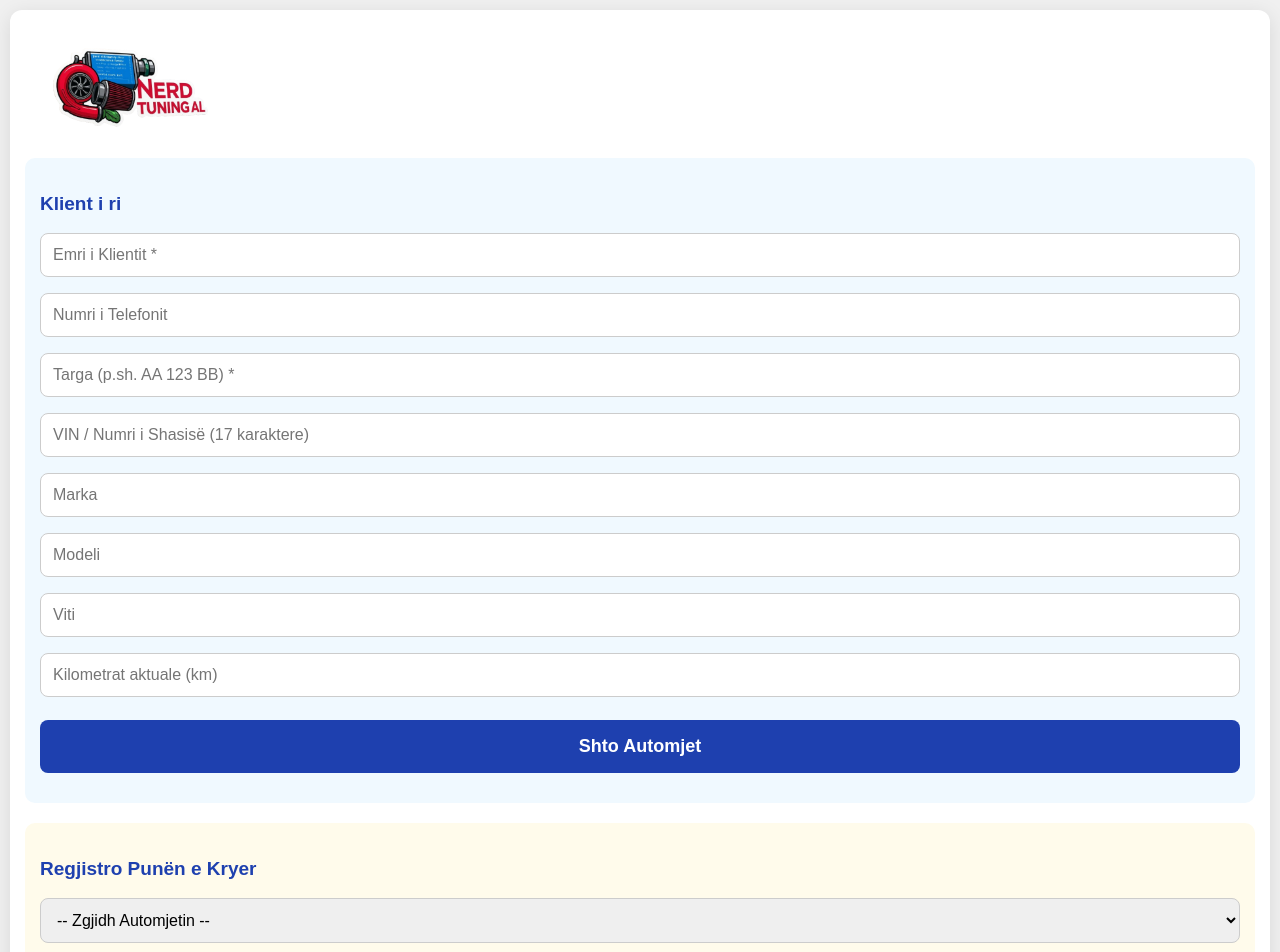
Repository: tjola/nerd_tuning_al
Page: index.html
The author's editor kept a copy of each file at every save. The page is drawn from the files as they stood at one save, then again after the next save.
The browser window is 1280 px wide. The pictures show the part of the page from y = 0 to 952 px (the page is 2203 px tall).
A picture or video elsewhere on the page could not be fetched, so the positions and the page height are approximate.

Above is the page before, as saved 2025-12-01 14:45:10.

### index.html
<html lang="sq">
<head>
<meta charset="UTF-8">
<meta name="viewport" content="width=device-width, initial-scale=1.0">
<link rel="stylesheet" href="index.css">
<script src="index.js"></script>
<title>Nerd tuning AL</title>
</head>
<body>
<div class="container">
   <img src="/img/nerd_logo-removebg-preview.png" style="width: 200px;align-items: center;">

  <!-- Shto Automjet -->
  <div style="background:#f0f9ff; padding:15px; border-radius:10px; margin-bottom:20px;">
    <h2>Klient i ri</h2>
    <input type="text" id="clientName" placeholder="Emri i Klientit *" required>
    <input type="text" id="clientPhone" placeholder="Numri i Telefonit">
    <input type="text" id="carPlate" placeholder="Targa (p.sh. AA 123 BB) *" required>
    <input type="text" id="carVin" placeholder="VIN / Numri i Shasisë (17 karaktere)">
    <input type="text" id="carMake" placeholder="Marka">
    <input type="text" id="carModel" placeholder="Modeli">
    <input type="number" id="carYear" placeholder="Viti">
    <input type="number" id="carKm" placeholder="Kilometrat aktuale (km)">
    <button onclick="addCar()">Shto Automjet</button>
  </div>

  <!-- Regjistro Punë -->
  <div style="background:#fffbeb; padding:15px; border-radius:10px; margin-bottom:20px;">
    <h2>Regjistro Punën e Kryer</h2>
    <select id="workCarSelect"><option>-- Zgjidh Automjetin --</option></select>
    <textarea id="workDescription" placeholder="Çfarë u bë? (ndërrim vaji, frena, goma...)" rows="3"></textarea>
    <input type="number" id="workCost" placeholder="Çmimi në lekë" step="0.01">
    <input type="number" id="workKm" placeholder="Kilometrat tani (opsionale)">
    <input type="date" id="workDate">
    <button onclick="addWork()">Ruaj Punën</button>
  </div>

  <!-- Lista -->
  <div style="background:#f6ffed; padding:15px; border-radius:10px; margin-bottom:20px;">
    <h2>Të Gjithë Automjetet</h2>
    <div id="records">Nuk ka automjete ende...</div>
  </div>

  <!-- IMPORT / EXPORT -->
  <div style="text-align:center; padding:20px; background:#1e293b; color:white; border-radius:10px; margin:20px 0;">
    <h2 style="color:#fbbf24;">Import & Export të Dhënash</h2>
    <button class="btn-green" onclick="exportData()">EXPORT (Shkarko të gjitha të dhënat)</button>
    <button class="btn-red" onclick="document.getElementById('importFile').click()">
      IMPORT (Ngarko nga skedar)
    </button>
    <input type="file" id="importFile" style="display:none" accept=".txt,.json" onchange="importData(event)">
    <p style="margin:10px 0 0; font-size:14px;">
      Skedari ruhet si <strong>garazh-backup-dd-mm-yyyy.txt</strong>
    </p>
  </div>
</div>

<div class="footer">
  Garazh Auto © 2025 | Version për Celular | VIN + KM + Import/Export
</div>

<div align=center><a href='https://www.counter12.com'><img src='https://www.counter12.com/img-9ZdC2yDa50aBZZ10-3.gif' border='0' alt='counter'></a><script type='text/javascript' src='https://www.counter12.com/ad.js?id=9ZdC2yDa50aBZZ10'></script></div>
</body>
</html>

### index.css
body {
  font-family: Arial, sans-serif;
  margin: 0;
  padding: 0;
  background: #f0f0f0;
}
.container {
  max-width: 100%;
  margin: 10px;
  padding: 15px;
  background: white;
  border-radius: 12px;
  box-shadow: 0 4px 20px rgba(0, 0, 0, 0.1);
}
h1 {
  text-align: center;
  color: #1e40af;
  margin: 10px 0 15px;
  font-size: 24px;
}
h2 {
  color: #1e40af;
  font-size: 19px;
  margin: 20px 0 10px;
}
input,
select,
textarea,
button {
  width: 100%;
  padding: 12px;
  margin: 8px 0;
  font-size: 16px;
  border: 1px solid #ccc;
  border-radius: 8px;
  box-sizing: border-box;
}
button {
  background: #1e40af;
  color: white;
  border: none;
  font-weight: bold;
  padding: 16px;
  margin: 15px 0;
  font-size: 18px;
}
.btn-green {
  background: #16a34a;
}
.btn-red {
  background: #dc2626;
}
.btn-cyan {
  background: #0d9488;
}
table {
  width: 100%;
  border-collapse: collapse;
  margin: 15px 0;
  font-size: 14px;
}
th,
td {
  border: 1px solid #999;
  padding: 10px;
  text-align: left;
}
th {
  background: #1e40af;
  color: white;
}
.work-item {
  background: #f3f4f6;
  padding: 10px;
  margin: 6px 0;
  border-radius: 6px;
  font-size: 14px;
}
.footer {
  text-align: center;
  padding: 20px;
  background: #1e40af;
  color: white;
  margin-top: 30px;
  border-radius: 0 0 12px 12px;
}

### index.js
let cars = [];

// Ngarko të dhënat kur hapet faqja
window.onload = () => {
  const saved = localStorage.getItem('garazh_v2');
  if (saved) {
    try { cars = JSON.parse(saved); }
    catch(e) { console.log("Të dhëna të vjetra të dëmtuara"); }
  }
  displayRecords();
  updateCarSelect();
};

// Ruaj në localStorage
function saveData() {
  localStorage.setItem('garazh_v2', JSON.stringify(cars));
}

// Shto automjet
function addCar() {
  const emri = document.getElementById('clientName').value.trim();
  const tel = document.getElementById('clientPhone').value.trim();
  const targa = document.getElementById('carPlate').value.trim().toUpperCase();
  const vin = document.getElementById('carVin').value.trim().toUpperCase();
  const km = document.getElementById('carKm').value || "0";

  if (!emri || !targa) return alert("Emri dhe Targa janë të detyrueshme!");

  if (cars.some(c => c.plate === targa)) return alert("Kjo targë ekziston tashmë!");

  cars.push({
    plate: targa,
    vin: vin || "—",
    make: document.getElementById('carMake').value.trim() || "—",
    model: document.getElementById('carModel').value.trim() || "—",
    year: document.getElementById('carYear').value || "—",
    km: parseInt(km) || 0,
    client: { name: emri, phone: tel || "—" },
    works: []
  });

  // Pastro formën
  "clientName clientPhone carPlate carVin carMake carModel carYear carKm".split(" ").forEach(id =>
    document.getElementById(id).value = ""
  );

  saveData();
  displayRecords();
  updateCarSelect();
  alert("Automjeti u shtua me sukses!");
}

// Shto punë
function addWork() {
  const targa = document.getElementById('workCarSelect').value;
  const pershkrim = document.getElementById('workDescription').value.trim();
  const cmimi = parseFloat(document.getElementById('workCost').value) || 0;
  const kmTani = document.getElementById('workKm').value;
  const data = document.getElementById('workDate').value || new Date().toISOString().split('T')[0];

  if (!targa || !pershkrim) return alert("Zgjidh automjetin dhe shkruaj punën!");

  const car = cars.find(c => c.plate === targa);
  car.works.push({
    date: data,
    description: pershkrim,
    cost: cmimi,
    km: kmTani ? parseInt(kmTani) : null
  });

  // Përditëso kilometrat aktuale të makinës nëse u plotësua
  if (kmTani) car.km = parseInt(kmTani);

  document.getElementById('workDescription').value = '';
  document.getElementById('workCost').value = '';
  document.getElementById('workKm').value = '';
  document.getElementById('workDate').value = '';

  saveData();
  displayRecords();
  alert("Puna u ruajt!");
}

// Përditëso dropdown
function updateCarSelect() {
  const sel = document.getElementById('workCarSelect');
  sel.innerHTML = '<option>-- Zgjidh Automjetin --</option>';
  cars.forEach(car => {
    const opt = new Option(`${car.plate} | ${car.vin.substring(0,8)}... | ${car.make} ${car.model} (${car.client.name})`, car.plate);
    sel.add(opt);
  });
}

// Shfaq tabelën
function displayRecords() {
  const div = document.getElementById('records');
  if (cars.length === 0) {
    div.innerHTML = "<p style='text-align:center; color:#666;'>Nuk ka automjete ende. Shto njërin më sipër!</p>";
    return;
  }

  let html = '<table><tr><th>Targa</th><th>VIN</th><th>Automjeti</th><th>Klienti</th><th>KM</th><th>Puna</th><th>Total</th></tr>';
  cars.forEach(car => {
    const total = car.works.reduce((s,w) => s + w.cost, 0).toFixed(0);
    let puna = car.works.length ? '' : '<em>Pa punë</em>';
    car.works.forEach(w => {
      const kmText = w.km ? ` (${w.km} km)` : '';
      puna += `<div class="work-item"><strong>${w.date}</strong>: ${w.description}${kmText} — ${w.cost} lekë</div>`;
    });
    html += `<tr>
      <td><strong>${car.plate}</strong></td>
      <td>${car.vin}</td>
      <td>${car.year} ${car.make} ${car.model}</td>
      <td>${car.client.name}<br><small>${car.client.phone}</small></td>
      <td>${car.km.toLocaleString()} km</td>
      <td>${puna}</td>
      <td><strong>${total} lekë</strong></td>
    </tr>`;
  });
  html += '</table>';
  div.innerHTML = html;
}

// EXPORT – shkarkon skedar të bukur të lexueshëm
function exportData() {
  let text = "GARAZH AUTO - TË DHËNAT E PLOTA\n";
  text += "Data: " + new Date().toLocaleString('sq-AL') + "\n";
  text += "=".repeat(50) + "\n\n";

  cars.forEach((car, i) => {
    text += `${i+1}. Targa: ${car.plate}\n`;
    text += `   VIN: ${car.vin}\n`;
    text += `   Automjeti: ${car.year} ${car.make} ${car.model}\n`;
    text += `   Klienti: ${car.client.name} | ${car.client.phone}\n`;
    text += `   Kilometrat aktuale: ${car.km.toLocaleString()} km\n`;
    text += `   Total i paguar: ${car.works.reduce((s,w)=>s+w.cost,0)} lekë\n`;
    text += `   Historia e punëve:\n`;
    if (car.works.length === 0) text += "      — Ende pa punë\n";
    else {
      car.works.forEach(w => {
        const km = w.km ? ` (${w.km} km)` : '';
        text += `      • ${w.date}: ${w.description}${km} — ${w.cost} lekë\n`;
      });
    }
    text += "-".repeat(40) + "\n\n";
  });

  const blob = new Blob([text], {type: 'text/plain;charset=utf-8'});
  const url = URL.createObjectURL(blob);
  const a = document.createElement('a');
  a.href = url;
  const date = new Date().toLocaleDateString('sq-AL').replace(/\//g, '-');
  a.download = `garazh-backup-${date}.txt`;
  a.click();
  URL.revokeObjectURL(url);
  alert("Të gjitha të dhënat u shkarkuan!");
}

// IMPORT – ngarkon nga skedari
function importData(e) {
  const file = e.target.files[0];
  if (!file) return;
  const reader = new FileReader();
  reader.onload = function(ev) {
    try {
      const content = ev.target.result;
      // Provo si JSON i vjetër
      try {
        cars = JSON.parse(content);
      } catch {
        // Nëse nuk është JSON, provo formatin e ri të lexueshëm (për momentin pranon vetëm JSON)
        alert("Përdor vetëm skedarët e shkarkuar nga ky program!");
        return;
      }
      saveData();
      displayRecords();
      updateCarSelect();
      alert("Të dhënat u importuan me sukses!");
    } catch(err) {
      alert("Gabim: Skedari nuk është i vlefshëm!");
    }
  };
  reader.readAsText(file);
}

After the next save:
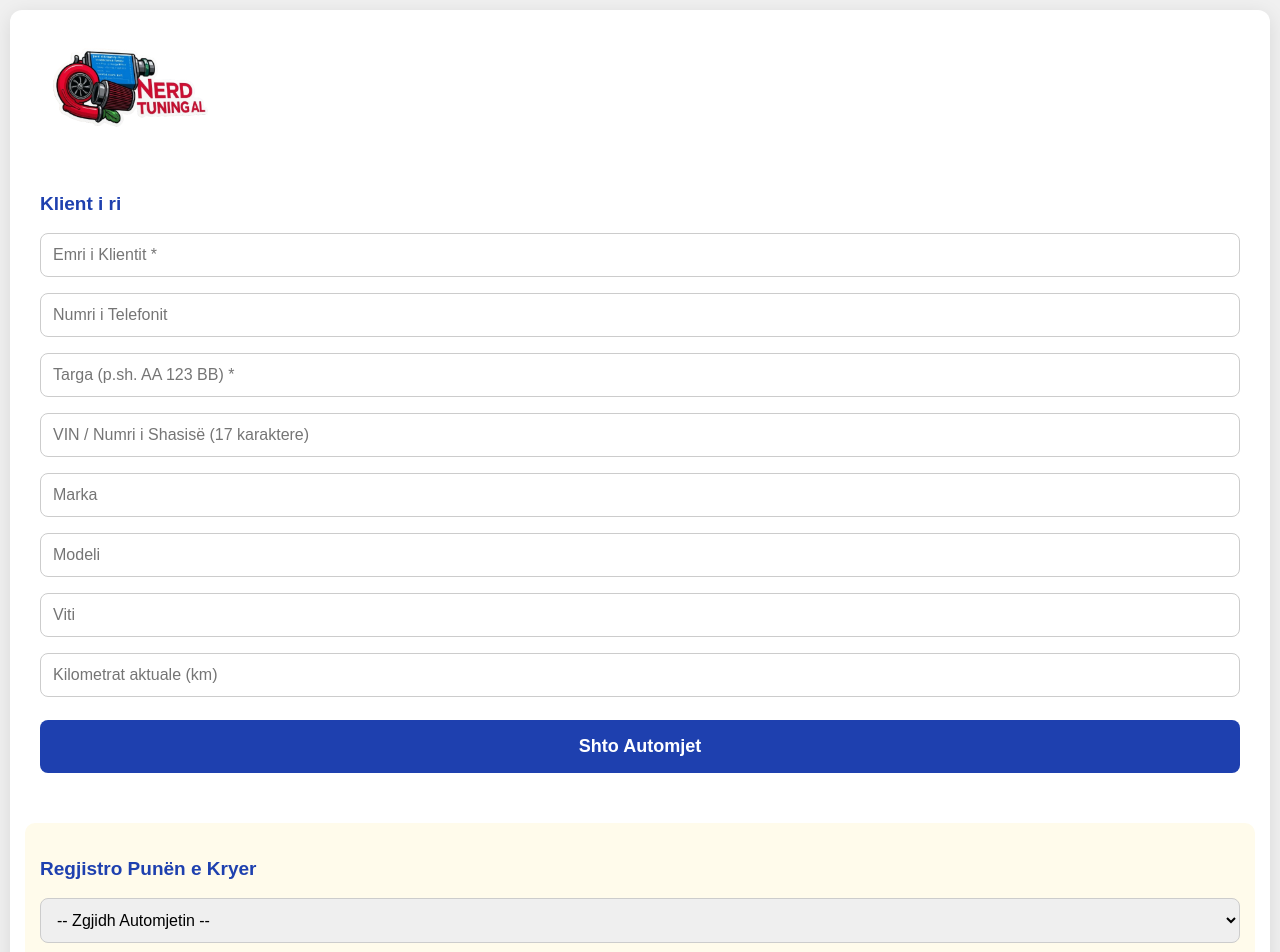
Saved 19 s later.
--- a/index.html
+++ b/index.html
@@ -11,7 +11,7 @@
    <img src="/img/nerd_logo-removebg-preview.png" style="width: 200px;align-items: center;">
 
   <!-- Shto Automjet -->
-  <div style="background:#f0f9ff; padding:15px; border-radius:10px; margin-bottom:20px;">
+  <div style="padding:15px; border-radius:10px; margin-bottom:20px;">
     <h2>Klient i ri</h2>
     <input type="text" id="clientName" placeholder="Emri i Klientit *" required>
     <input type="text" id="clientPhone" placeholder="Numri i Telefonit">
